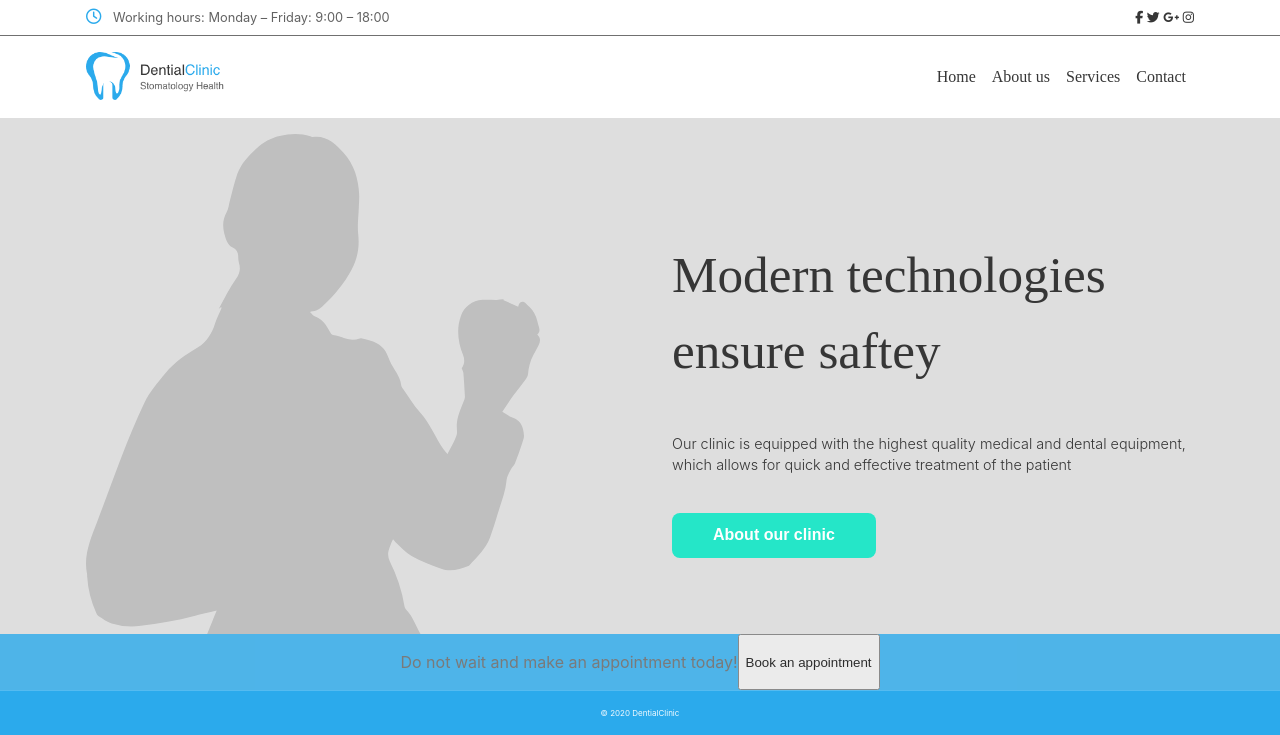
Repository: skepp4rn/uppgift1
Page: index.html
These files come from the project's save history. The page is drawn as it stood at one moment and after the next save; the edit follows.
The browser window is 1280 px wide. The pictures show the whole page.
Some web libraries are served in a nearby version.

Above is the page before, as saved 2020-12-03 13:57:20.

After the next save:
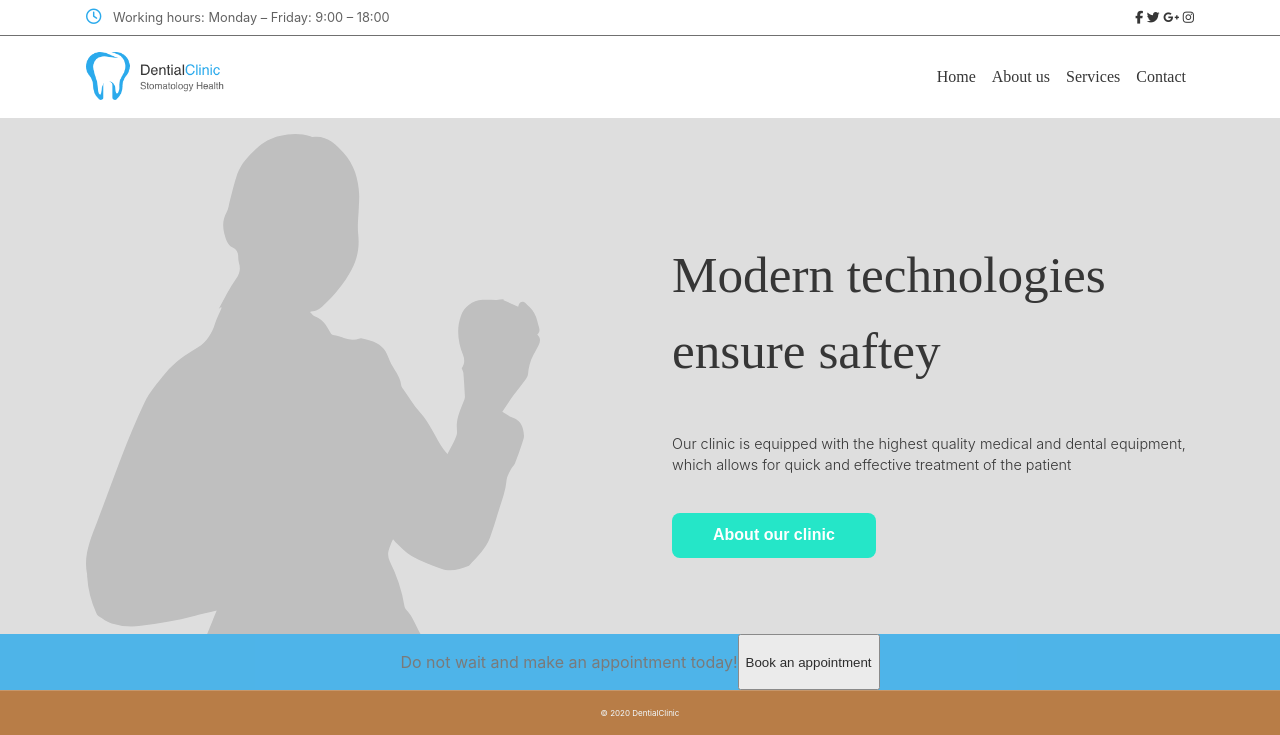
Saved 21 s later.
--- a/style.css
+++ b/style.css
@@ -211,7 +211,7 @@
 
 footer {
     border-top: 1px solid rgb(255, 255, 255, 0.2);
-    background-color: #2BAAEC;
+    background-color: #b87d47;
     color: #f3fbff;
     text-align: center;
     padding: 1rem 0rem;

After the 2 saves that followed:
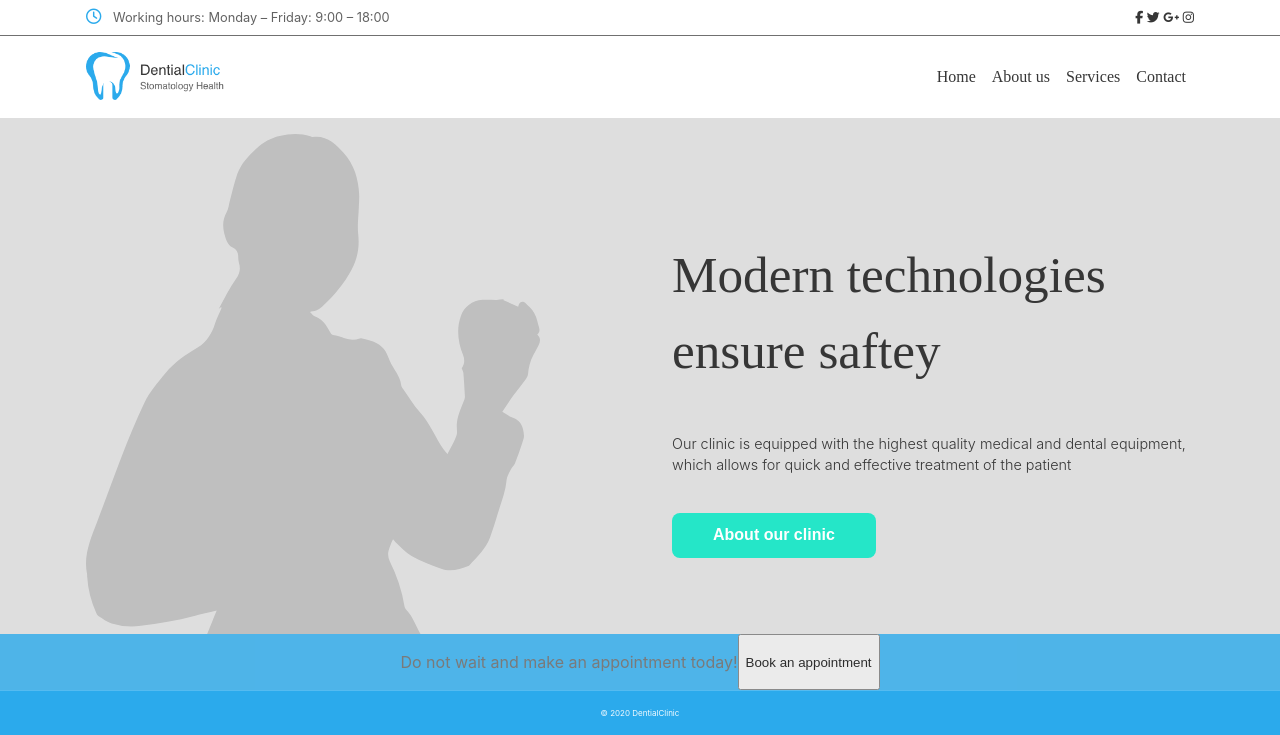
The 2 saves are shown as one change because they came seconds apart.
The last was saved 7 s later.
--- a/style.css
+++ b/style.css
@@ -211,7 +211,7 @@
 
 footer {
     border-top: 1px solid rgb(255, 255, 255, 0.2);
-    background-color: #b87d47;
+    background-color: #2BAAEC;
     color: #f3fbff;
     text-align: center;
     padding: 1rem 0rem;
